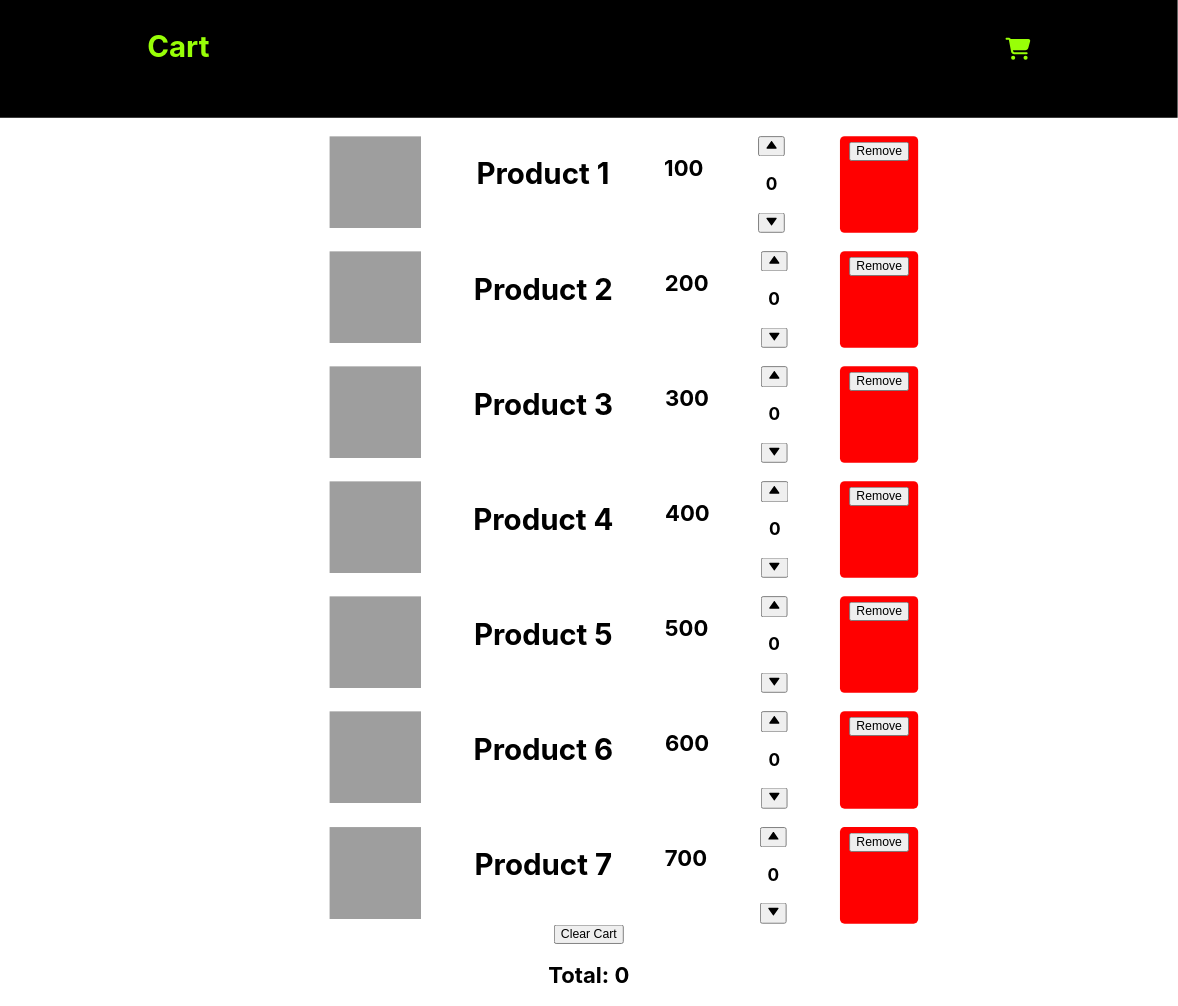
Repository: sriram1224/Cart-react-app
Page: /
These files come from the project's save history. The page is drawn as it stood at one moment and after the next save; the edit follows.
The browser window is 1280 px wide. The pictures show the whole page, at 92% of full size.
Pictures or frames that could not be fetched are drawn as grey boxes. The project was rebuilt for these pictures with package versions that can differ from the ones it lists, and the page was loaded fresh each time.

Above is the page before, as saved 2024-03-12 22:06:25.

After the next save:
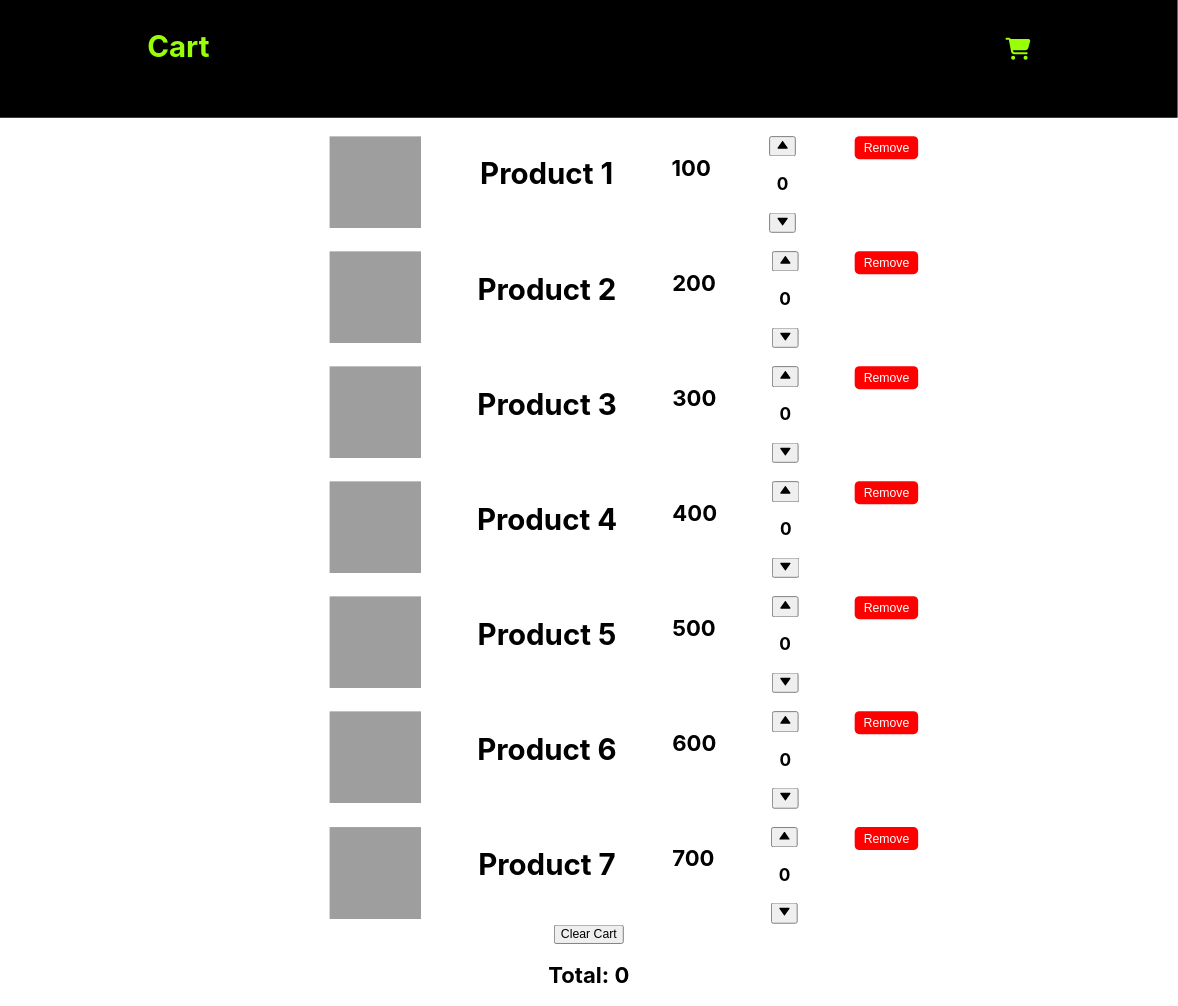
Saved 8 s later.
--- a/src/Components/cart.css
+++ b/src/Components/cart.css
@@ -13,7 +13,7 @@
     width: 100px;
     height: 100px;
 }
-.rm-button{
+.rm-button button{
     background-color: red;
     color: white;
     border: none;
